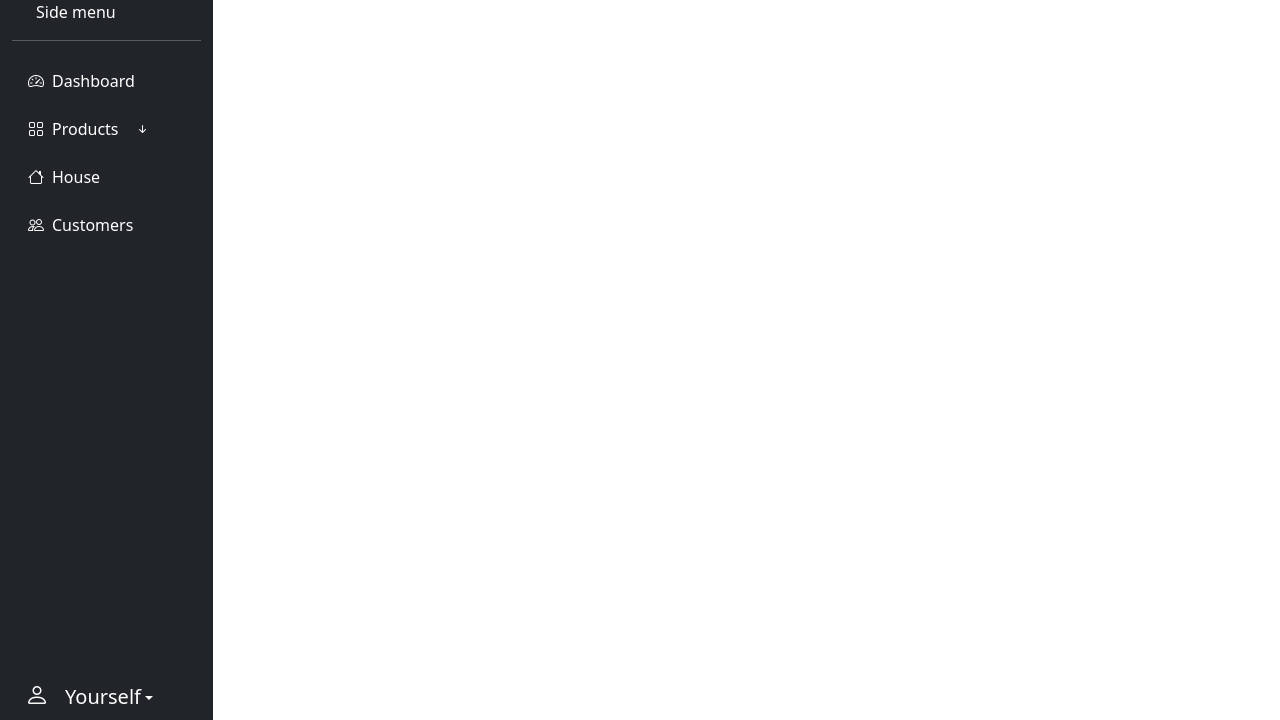
Repository: iqbalaamir/dashboard
Page: /
An editor plug-in stored every save of this project. The page is shown before and after the next save, followed by the edit.
The browser window is 1280 px wide. The pictures show the whole page.
The project was rebuilt for these pictures with package versions that can differ from the ones it lists, and the page was loaded fresh each time. Also part of the build but not shown: src/App.css.

Above is the page before, as saved 2023-04-24 16:52:24.

### src/App.js

import './App.css';
import Sidebar from './components/Sidebar';

function App() {
  return (

      <Sidebar/>
  );
}

export default App;

### src/components/Sidebar.js
import React from "react";
import "bootstrap/dist/css/bootstrap.min.css";
import "bootstrap-icons/font/bootstrap-icons.css";
import "bootstrap/js/dist/dropdown";
import "bootstrap/js/dist/collapse";
import "./sidebar.css";

export default function Sidebar() {
  return (
    <div className="container-fluid">
      <div className="row">
        <div className="col-auto col-sm-2 bg-dark d-flex flex-column justify-content-between min-vh-100">
          <div>
            <a
              className="text-decoration-none ms-4 d-flex align-items-center text-white d-none d-sm-inline"
              role="button"
            >
              <span className="f5-4">Side menu</span>
            </a>
            <hr className="text-white d-none d-sm-block"></hr>
            <ul class="nav nav-pills flex-column mt-2 mt-sm-0" id="parentM">
              <li class="nav-item  my-1 py-2 py-sm-0">
                <a class="nav-link text-white text-center text-sm-start" href="#" aria-current="page">
                  <i className="bi bi-speedometer2"></i>
                  <span className="ms-2 d-none d-sm-inline">Dashboard</span>
                </a>
              </li>
              <li class="nav-item  my-1 py-2 py-sm-0">
                <a
                  class="nav-link text-white text-center text-sm-start"
                  href="#submenu"
                  data-bs-toggle="collapse"
                  aria-current="page"
                >
                  <i className="bi bi-grid"></i>
                  <span className="ms-2 d-none d-sm-inline">Products</span>
                  <i className="bi bi-arrow-down-short ms-0 ms-sm-3"></i>
                </a>
                <ul
                  class="nav collapse ms-2 flex-column"
                  id="submenu"
                  data-bs-parent="#parentM"
                >
                  <li class="nav-item ">
                    <a class="nav-link text-white" href="#" aria-current="page">
                    <span className="d-none d-sm-inline">  Item</span>1
                    </a>
                  </li>
                  <li class="nav-item ">
                    <a class="nav-link text-white" href="#">
                    <span className="d-none d-sm-inline">  Item</span>2
                    </a>
                  </li>

                </ul>
              </li>
              <li class="nav-item  my-1">
                <a class="nav-link text-white text-center text-sm-start" href="#" aria-current="page">
                  <i className="bi bi-house"></i>
                  <span className="ms-2 d-none d-sm-inline">House</span>
                </a>
              </li>
              <li class="nav-item text-white my-1">
                <a class="nav-link text-white text-center text-sm-start" href="#" aria-current="page">
                  <i className="bi bi-people"></i>
                  <span className="ms-2 d-none d-sm-inline">Customers</span>
                </a>
              </li>
            </ul>
          </div>
          <div class="dropdown open">
            <a
              class="btn border-none dropdown-toggle text-white"
              type="button"
              id="triggerId"
              data-bs-toggle="dropdown"
              aria-haspopup="true"
              aria-expanded="false"
            >
              <i className="bi bi-person fs-4"></i>
              <span className="fs-5 ms-3 d-none d-sm-inline">Yourself</span>
            </a>
            <div class="dropdown-menu" aria-labelledby="triggerId">
              <a class="dropdown-item" href="#">
                Profile
              </a>
              <a class="dropdown-item disabled" href="#">
                Setting
              </a>
            </div>
          </div>
        </div>
      </div>
    </div>
  );
}

### src/components/sidebar.css
#parentM li a:hover {
    background-color: blue;
}

Loaded but not shown: public/index.html (common file); src/index.js (common file); src/index.css (common file); src/reportWebVitals.js (common file)

After the next save:
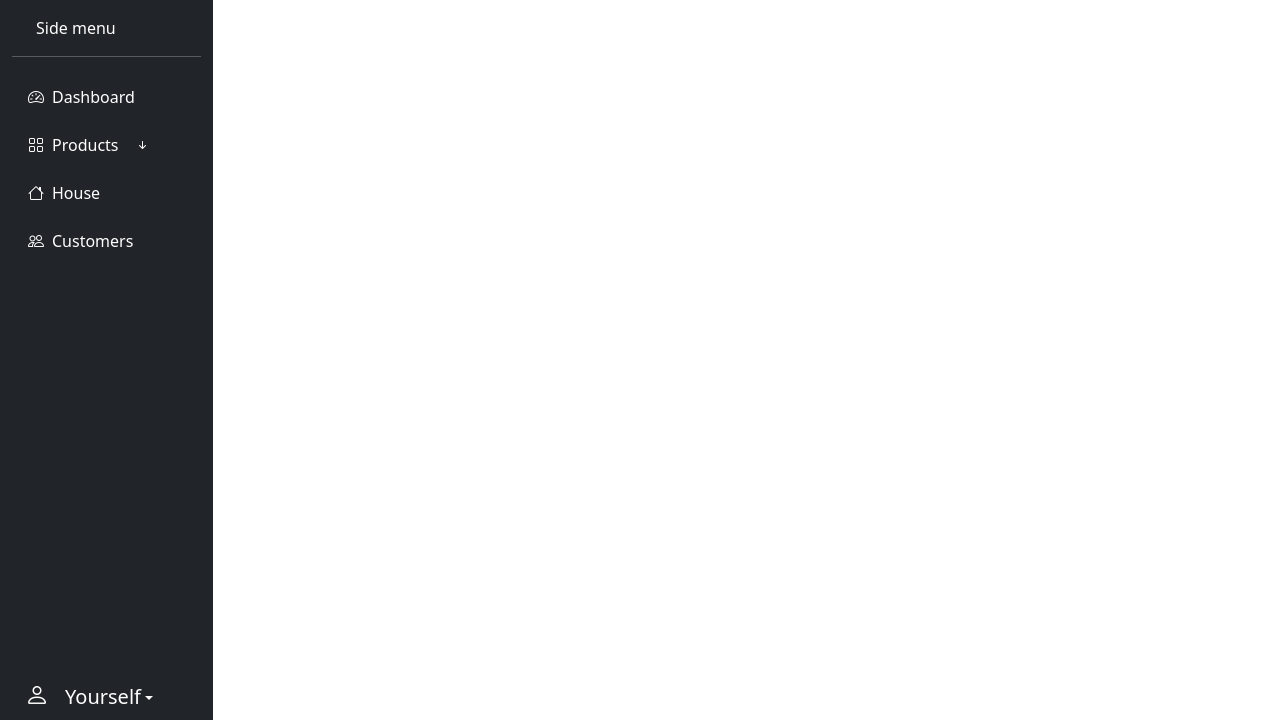
Saved 34 s later.
--- a/src/components/Sidebar.js
+++ b/src/components/Sidebar.js
@@ -10,7 +10,7 @@ export default function Sidebar() {
     <div className="container-fluid">
       <div className="row">
         <div className="col-auto col-sm-2 bg-dark d-flex flex-column justify-content-between min-vh-100">
-          <div>
+          <div className="mt-3">
             <a
               className="text-decoration-none ms-4 d-flex align-items-center text-white d-none d-sm-inline"
               role="button"
